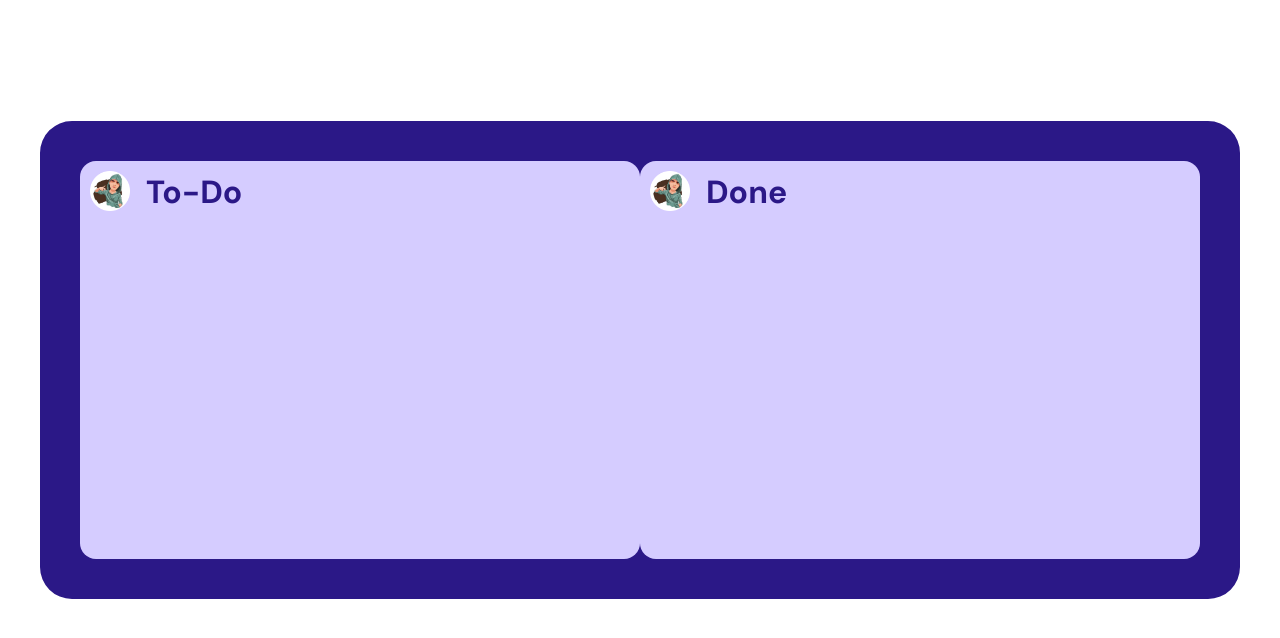
Repository: VitasYo/Kanban
Page: index.html
These files come from the project's save history. The page is drawn as it stood at one moment and after the next save; the edit follows.
The browser window is 1280 px wide. The pictures show the whole page.

Above is the page before, as saved 2024-04-14 23:35:58.

After the next save:
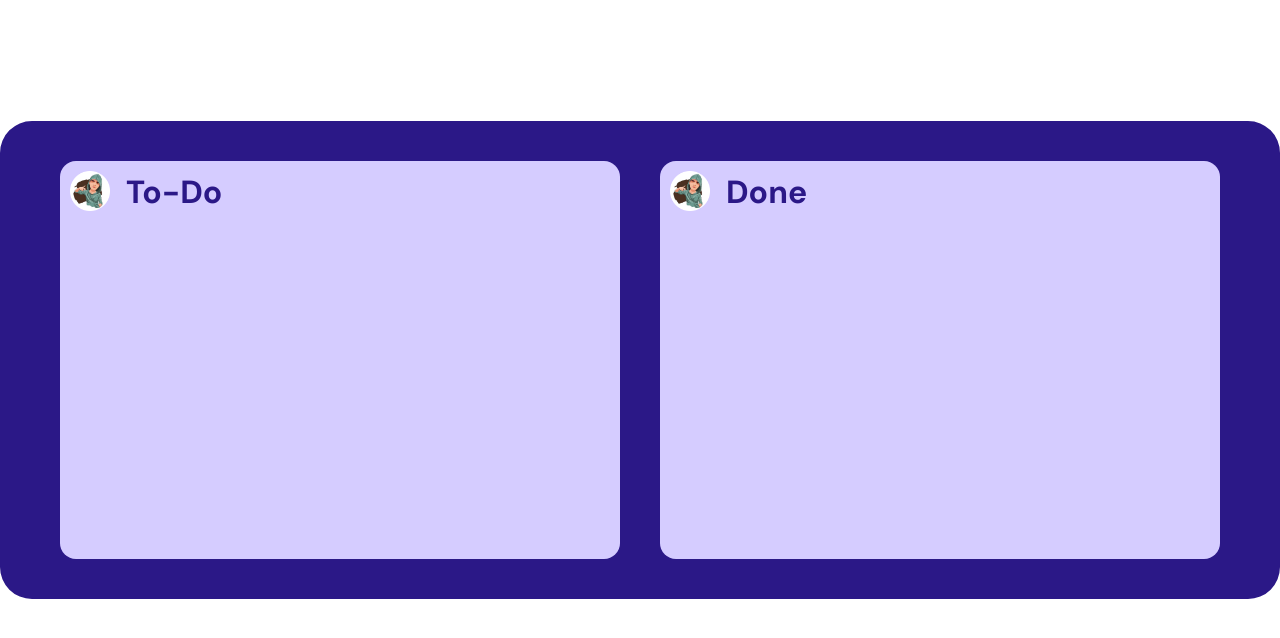
Saved 4 s later.
--- a/src/assets/css/component/_kanban.css
+++ b/src/assets/css/component/_kanban.css
@@ -18,7 +18,7 @@
     background-color: #D5CCFF;
     border-radius: 16px;
     padding: 10px;
-    margin: 0 ;
+    margin: 0 20px;
 }
 
 .kanban__title {
